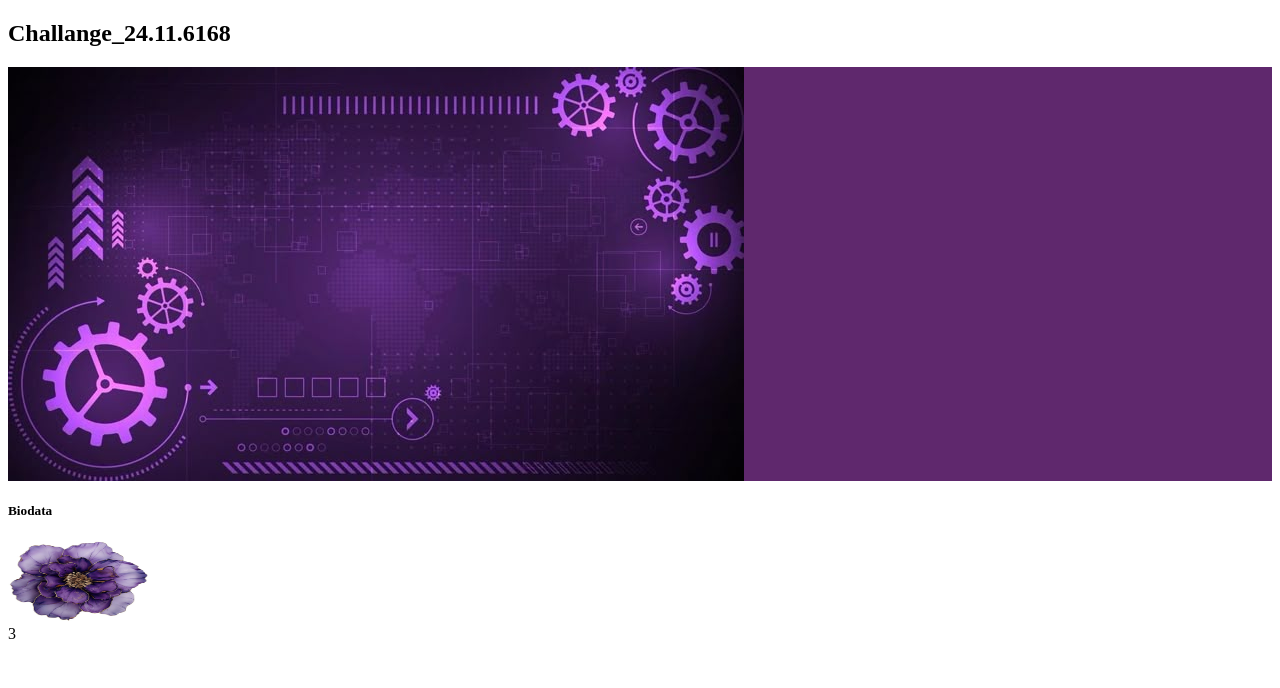
Repository: Ms-Ulfiyahrustam/p5_pemogramanweb
Page: index.html
An editor plug-in stored every save of this project. The page is shown before and after the next save, followed by the edit.
The browser window is 1280 px wide. The pictures show the whole page.

Above is the page before, as saved 2026-04-27 09:17:05.

### index.html
<!DOCTYPE html>
<html lang="en">
<head>
    <meta charset="UTF-8">
    <meta name="viewport" content="width=device-width, initial-scale=1.0">
    <link rel="stylesheet" href="style.css">
    <title>Document</title>
</head>
<body class="">
    <h2>Challange_24.11.6168</h2>
    <div class="flex-container">
        <img src="download.jpg" alt="">
    </div>
    <div >
        <h5>Biodata</h5>
        <img src="purple.jpg" alt="" width="140" height="80" >
    </div>
    <div>3</div>
</body>
</html>

### style.css


.flex-container > div {
    background-color : white;
    margin: 10px;
    padding: 20px;
    font-size: 30;
}


.flex-container{
    display: flex;
    background-color: rgb(95, 40, 109);
    margin: auto;
}

After the next save:
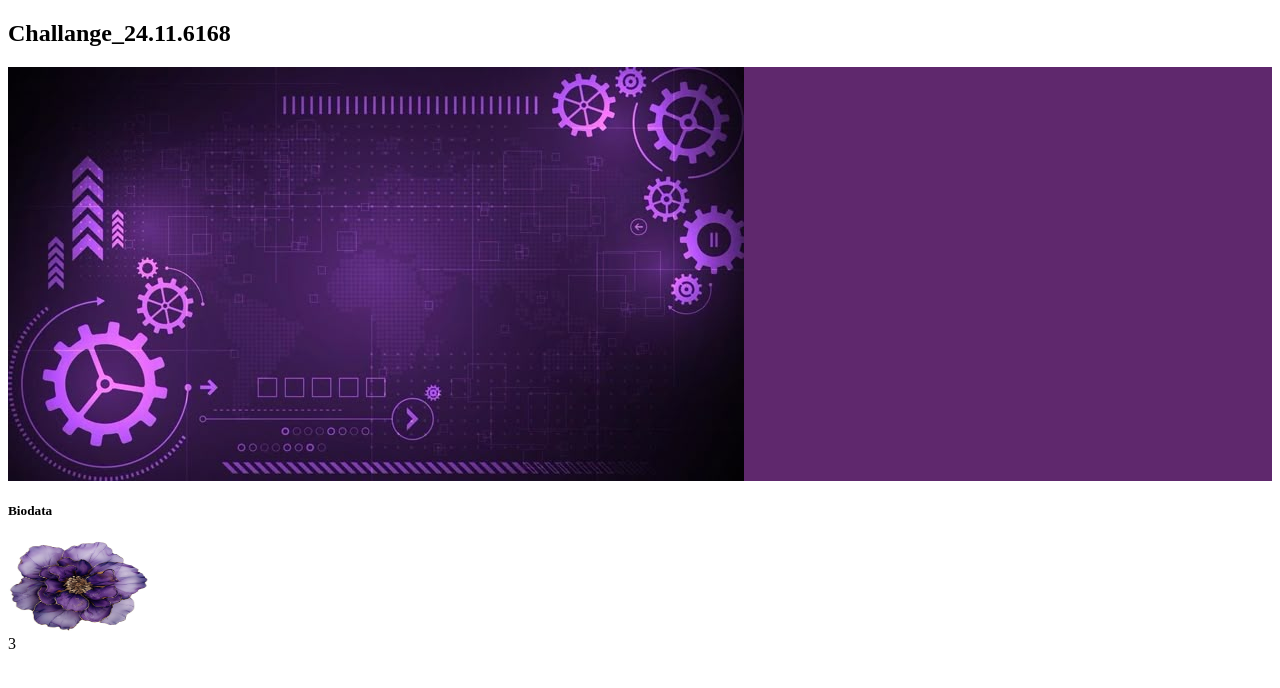
Saved 4 s later.
--- a/index.html
+++ b/index.html
@@ -13,7 +13,7 @@
     </div>
     <div >
         <h5>Biodata</h5>
-        <img src="purple.jpg" alt="" width="140" height="80" >
+        <img src="purple.jpg" alt="" width="140" height="90" >
     </div>
     <div>3</div>
 </body>
